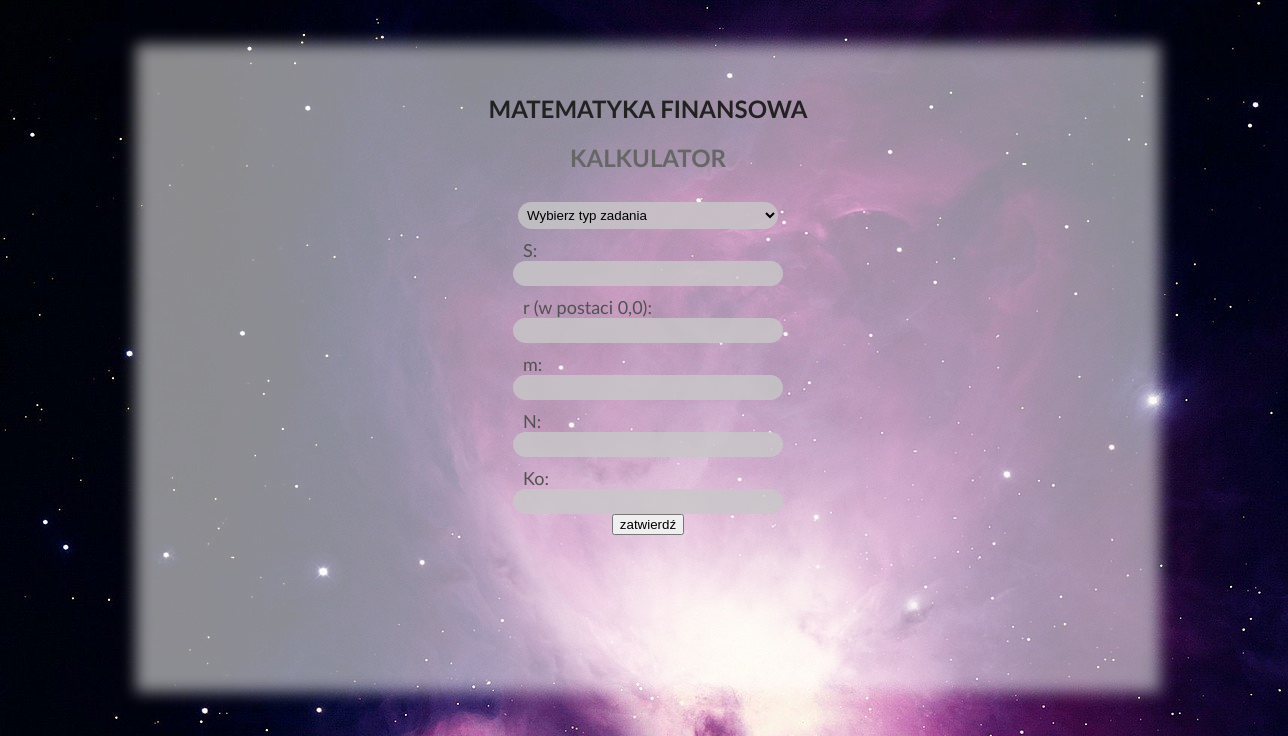
Repository: ravkita/MFCalc
Page: index.html
These files come from the project's save history. The page is drawn as it stood at one moment and after the next save; the edit follows.
The browser window is 1280 px wide. The page is 1288 px wide, so the pictures cover 1288 px, including what lies to the right of the window. The pictures show the whole page.

Above is the page before, as saved 2021-04-12 19:46:51.

### index.html
<!DOCTYPE html>
<html lang="en">
<head>
    <meta charset="UTF-8">
    <meta http-equiv="X-UA-Compatible" content="IE=edge">
    <meta name="viewport" content="width=device-width, initial-scale=1.0">
    <title>Kalkulator</title>

    <style type="text/css">
        body{
            font-family: 'Gill Sans', 'Gill Sans MT', Calibri, 'Trebuchet MS', sans-serif;
            background-image: url('bg.jpg');
            width: 100vw;
            height: 100vh;
            overflow: hidden;
            display: flex;
            justify-content: center;
            align-items: center;
        }
        .popout{
            width: 80%;
            height: 90vh;
            position: relative;
        }
        .popout .bg{
            width: 100%;
            height: 100%;
            background: rgba(255, 255, 255, 0.55);
            filter: blur(7.5px);
            position: absolute;
            top: 0;
            left: 0;
            z-index: -1;
        }
        .header{
            width: 100%;
            display: flex;
            flex-direction: column;
            justify-content: center;
            align-items: center;
        }
        .title{
            color: #222;
            margin-top: 50px;
            margin-bottom: 10px;
        }
        .subtitle{
            margin-top: 10px;
            color: #666666;
        }

        #form{
            display: flex;
            flex-direction: column;
            justify-content: center;
            align-items: center;
        }
        .formItem{
            display: flex;
            justify-content: flex-start;
            align-items: flex-start;
            flex-direction: column;
            margin-top: 10px;
        }
        select, input[type="number"]{
            width: calc(100vh/2 - 100px);
            outline: 0;
            border: 0;
            background: rgba(201, 201, 201, 0.8);
            border-radius: 20px;
            padding: 5px;
        }
        label{
            padding-left: 10px;
            color: #525252;
            font-size: 18px;
        }
    </style>
</head>
<body>
    <section class="popout">
        <div class="bg"></div>
        <header class="header">
            <h1 class="title">MATEMATYKA FINANSOWA</h1>
        <h2 class="subtitle">KALKULATOR</h2>
        </header>
        <form action="" id="form">
            <div class="formItem">
                <select name="type" id="typ">
                <option default>Wybierz typ zadania</option>
                <option value="1">zmienna rata</option>
                <option value="2">zmienne płatności</option>
                <option value="3">narastanie kapitału</option>
            </select>
            </div>
            <div class="formItem"><label for="S">S:</label> <input type="number" name="S" class="s"></div>
            <div class="formItem"><label for="r">r (w postaci 0,0):</label> <input type="number" name="r" class="r"></div>
            <div class="formItem"><label for="m">m:</label> <input type="number" name="m" class="m"></div>
            <div class="formItem"><label for="N">N:</label> <input type="number" name="N" class="N"></div>
            <div class="formItem"><label for="Ko">Ko:</label> <input type="number" name="Ko" class="Ko"></div>
            <input type="button" name="confirm" id="confirm" value="zatwierdź">
        </form>
        <div class="result">

        </div>
    </section>
    <script type="text/javascript">
        let s;
        let r;
        let m;
        let N;
        let q;
        let a;
        let Ko;
        let Sn = [];

        // RATY


        function rataStała(){
            const el = document.createElement("p");
            let t = s/(m*N);
            el.innerText = `T: ${t}`;
            document.querySelector('.result').appendChild(el);
        }
        function rataZmienna(){
            let tn = [];
            let sumaTn = 0;
                for(let i = 1; i<=N*m; i++){
                    const el = document.createElement("p");
                    tn[i-1] = s*((Math.pow(q, i) - Math.pow(q, i-1))/(Math.pow(q, m*N) - 1));
                    sumaTn += tn[i-1];
                    el.innerText = `T${i}: ${tn[i-1]}`;
                    document.querySelector('.result').appendChild(el);
                }
                const suma = document.createElement("p");
            suma.innerText = `Suma rat: ${sumaTn}`;
            document.querySelector('.result').appendChild(suma);
        }

        //KWOTA PŁATNOŚCI

        function kwotaPlatnosciStala(){
            const el = document.createElement("p");
            a = s*Math.pow(q, m*N)*((q-1)/(Math.pow(q, m*N)-1));
            el.innerText = `A: ${a}`;
            document.querySelector('.result').appendChild(el);
        }
        function kwotaPlatnosciZmienna(){
            for(let i = 1; i<=N*m; i++){
                const el = document.createElement("p");
                let an = (s/(N*m))*[1+((N*m)-i+1)*(r/m)];
                el.innerText = `A${i}: ${an}`;
                document.querySelector('.result').appendChild(el);
            }
        }

        // ODSETKI
        function odsetkiPrzyStalejRacie(){
            let sumaOs = 0;
            for(let i = 1; i<=N*m; i++){
                const el = document.createElement("p");
                let On = s*[1-((i-1)/(N*m))]*(r/m);
                sumaOs += On;
                el.innerText = `O${i}: ${On}`;
                document.querySelector('.result').appendChild(el);
            }
            const suma = document.createElement("p");
            suma.innerText = `Suma odsetek: ${sumaOs}`;
            document.querySelector('.result').appendChild(suma);
        }

        function odsetkiPrzyStalejKwocie(){
            saldoPrzyStałejKwocie();
            let On
            let sumaO = 0;
            for(let i = 1; i<=N*m; i++){
                const el = document.createElement("p");
                if(i === 1){
                     On = s*(r/m);
                     sumaO += On;
                }else{
                     On = Sn[i-2]*(r/m);
                     sumaO += On;
                }

                el.innerText = `O${i}: ${On}`;
                document.querySelector('.result').appendChild(el);
            }
            const suma = document.createElement("p");
            suma.innerText = `Suma odsetek: ${sumaO}`;
            document.querySelector('.result').appendChild(suma);
        }


        //SALDO
        function saldoPrzyStałejKwocie(){
            kwotaPlatnosciStala();
            for(let i = 1; i<=N*m; i++){
                const el = document.createElement("p");
                Sn[i-1] = s*(Math.pow((1+(r/m)), i)) - a*((Math.pow((1+(r/m)), i)-1)/((1+(r/m))-1));
                el.innerText = `S${i}: ${Sn[i-1]}`;
                document.querySelector('.result').appendChild(el);
            }
        }

        function saldoPrzyStałejRacie(){
            for(let i = 1; i<=N*m; i++){
                const el = document.createElement("p");
                let SnS = s*(1-(i/(N*m)));
                el.innerText = `S${i}: ${SnS}`;
                document.querySelector('.result').appendChild(el);
            }
        }


        //NARASTANIE KAPITAŁU

        function narastanieKapitału(){
            for(let i = 1; i<=N; i++){
                const el = document.createElement("p");
                let Kn = Ko*(Math.pow((1+(r/m)), i*m));
                el.innerText = `K${i}: ${Kn}`;
                document.querySelector('.result').appendChild(el);
            }
        }



        function getData(){
            document.getElementById('confirm').addEventListener('click', (e) =>{
                s = document.querySelector('.s').value;
                r = document.querySelector('.r').value;
                m = document.querySelector('.m').value;
                N = document.querySelector('.N').value;
                Ko = document.querySelector('.Ko').value;
                q = 1+(r/m);
                let type = document.querySelector('#typ').value;
                document.querySelector('.result').innerHTML="";

                switch (type){
                    case "1":
                    rataZmienna();
                    kwotaPlatnosciStala();
                    odsetkiPrzyStalejKwocie()
                    break;
                    case "2":
                    rataStała();
                    kwotaPlatnosciZmienna();
                    odsetkiPrzyStalejRacie();
                    saldoPrzyStałejRacie();
                    break;
                    case "3":
                    narastanieKapitału();
                }
            });
        }
        getData();
    </script>
</body>
</html>

After the next save:
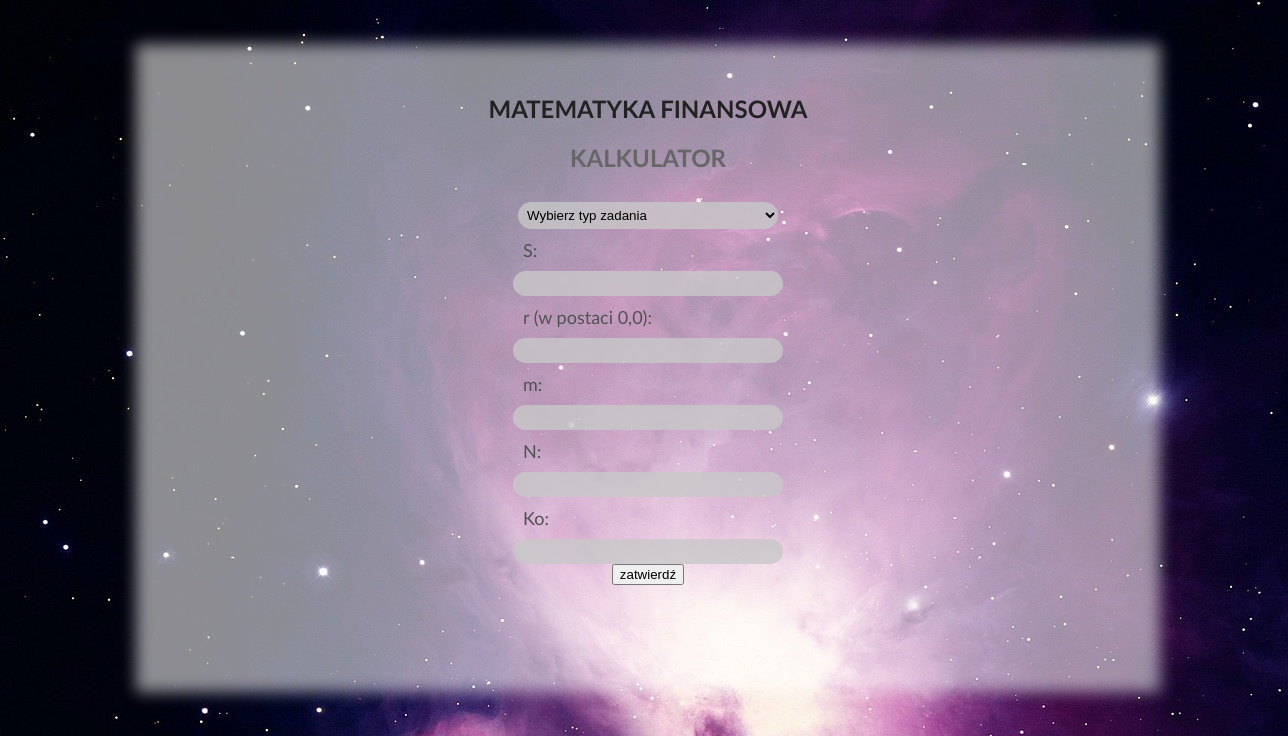
Saved 22 s later.
--- a/index.html
+++ b/index.html
@@ -72,6 +72,7 @@
         }
         label{
             padding-left: 10px;
+            padding-bottom: 10px;
             color: #525252;
             font-size: 18px;
         }
